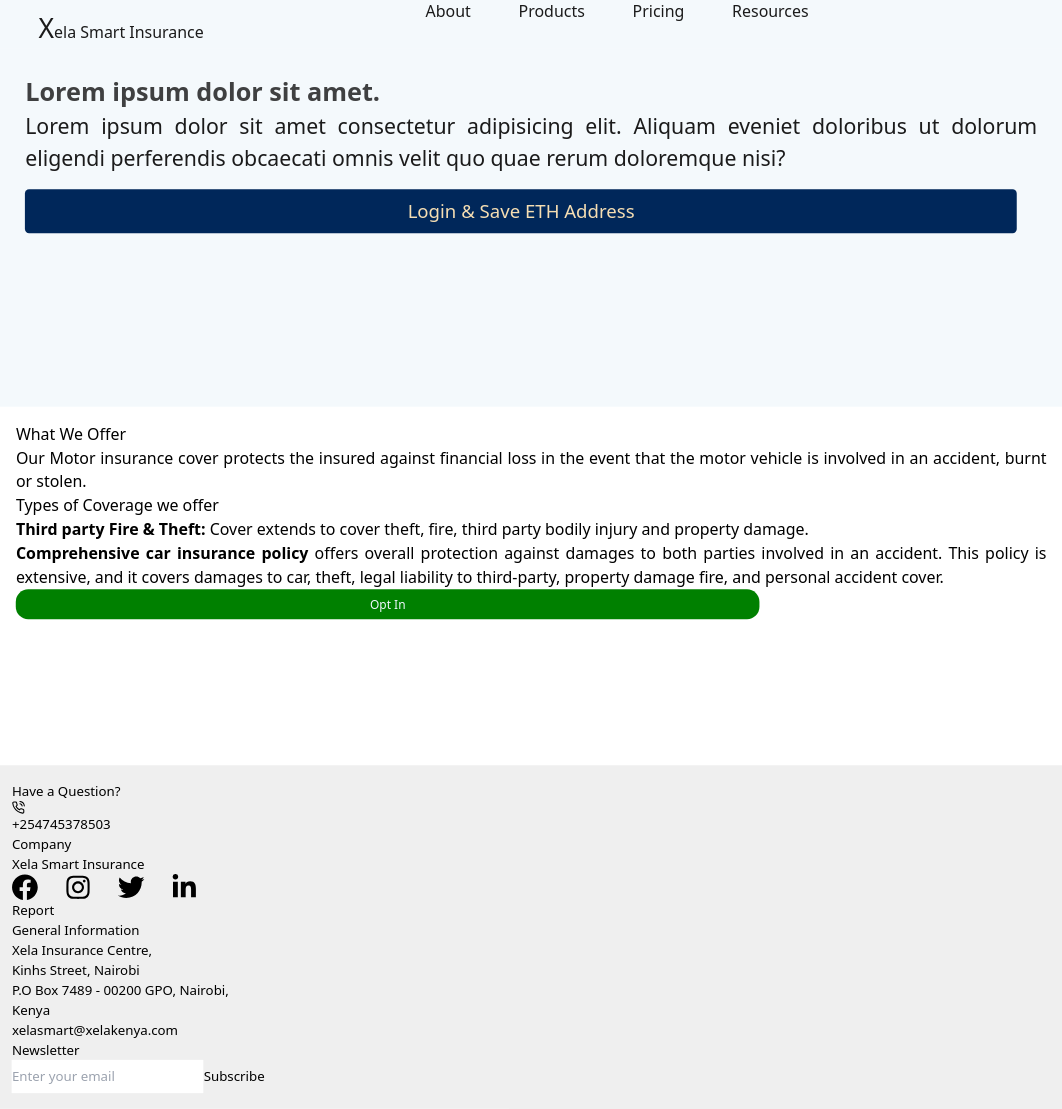
Repository: ALVIN-OBONYO/Xela-smart_insuarance
Page: / (app in frontend/)
An editor plug-in stored every save of this project. The page is shown before and after the next save, followed by the edit.
The browser window is 1280 px wide. The pictures show the whole page, at 83% of full size.
The project was rebuilt for these pictures with package versions that can differ from the ones it lists, and the page was loaded fresh each time. Also part of the build but not shown: frontend/src/Components/Table.js, frontend/src/Pages/Policies.jsx, frontend/src/Components/Calendar.css, frontend/src/Components/Calendar.jsx, frontend/src/Components/Input.js, frontend/src/Components/Upload.css, frontend/src/Components/Upload.js, frontend/src/Pages/ReportForm.jsx and 3 more.

Above is the page before, as saved 2022-10-02 16:28:10.

### frontend/public/index.html
<!DOCTYPE html>
<html lang="en">
  <head>
    <meta charset="utf-8" />
    <link rel="icon" href="%PUBLIC_URL%/favicon.ico" />
    <meta name="viewport" content="width=device-width, initial-scale=1" />
    <meta name="theme-color" content="#000000" />
    <meta
      name="description"
      content="Web site created using create-react-app"
    />
    <link rel="apple-touch-icon" href="%PUBLIC_URL%/logo192.png" />
    <!--
      manifest.json provides metadata used when your web app is installed on a
      user's mobile device or desktop. See https://developers.google.com/web/fundamentals/web-app-manifest/
    -->
    <link rel="manifest" href="%PUBLIC_URL%/manifest.json" />
    <!--
      Notice the use of %PUBLIC_URL% in the tags above.
      It will be replaced with the URL of the `public` folder during the build.
      Only files inside the `public` folder can be referenced from the HTML.

      Unlike "/favicon.ico" or "favicon.ico", "%PUBLIC_URL%/favicon.ico" will
      work correctly both with client-side routing and a non-root public URL.
      Learn how to configure a non-root public URL by running `npm run build`.
    -->
    <title>React App</title>
  </head>
  <body>
    <noscript>You need to enable JavaScript to run this app.</noscript>
    <link
    href="https://unpkg.com/tailwindcss@^1.0/dist/tailwind.min.css"
    rel="stylesheet"
  />
  <script
    src="https://cdnjs.cloudflare.com/ajax/libs/web3/1.6.1/web3.min.js"
    integrity="sha512-5erpERW8MxcHDF7Xea9eBQPiRtxbse70pFcaHJuOhdEBQeAxGQjUwgJbuBDWve+xP/u5IoJbKjyJk50qCnMD7A=="
    crossorigin="anonymous"
    referrerpolicy="no-referrer"
  ></script>
    <div id="root"></div>
    <!--
      This HTML file is a template.
      If you open it directly in the browser, you will see an empty page.

      You can add webfonts, meta tags, or analytics to this file.
      The build step will place the bundled scripts into the <body> tag.

      To begin the development, run `npm start` or `yarn start`.
      To create a production bundle, use `npm run build` or `yarn build`.
    -->
  </body>
</html>

### frontend/src/index.js
import React from 'react';
import ReactDOM from 'react-dom/client';
import './index.css';
import App from './App';
import reportWebVitals from './reportWebVitals';
import { BrowserRouter } from 'react-router-dom';
const root = ReactDOM.createRoot(document.getElementById('root'));
root.render(
  <React.StrictMode>
     <BrowserRouter>
       <App />
    </BrowserRouter>
  </React.StrictMode>
);

// If you want to start measuring performance in your app, pass a function
// to log results (for example: reportWebVitals(console.log))
// or send to an analytics endpoint. Learn more: https://bit.ly/CRA-vitals
reportWebVitals();

### frontend/src/App.jsx
import './App.css';
import RoutePages from './Components/RoutePages';

function App() {
  return (
    <div className="App">
      <RoutePages/>
    </div>
  );
}

export default App;

### frontend/src/Components/RoutePages.jsx
import React from 'react'
import { Routes, Route} from 'react-router-dom'
import EntryPage from '../Pages/Entrypage'
import PolicyMaker from '../Pages/Policies'
import ReportForm from '../Pages/ReportForm'
import Report from '../Pages/Report'
import ReportInfo from '../Pages/ReportInfo'
import FormPagination from './FormPagination'
const RoutePages = () => {
    return (


   <Routes>

    <Route exact path="/" element={<EntryPage />} />
    <Route path="policy" element={<PolicyMaker />} />

    <Route path="report/2" element={<ReportForm/> } />
    <Route path="report/1" element={<ReportInfo />} />
    <Route path="report/*" element={<FormPagination />} />

   </Routes>


    )
}

export default RoutePages

### frontend/src/Pages/Entrypage.jsx
import React, {useState, useRef} from 'react'
import "../Components/Navbar.css"
import { FaTimes, FaBars, FaInstagram, FaTwitter, FaLinkedinIn, FaFacebook, } from 'react-icons/fa'
import {FiPhoneCall} from 'react-icons/fi'
import { Link} from 'react-router-dom'
import { loginWithEth } from '../Services/LoginWithEth'
import { truncateAddress } from '../Services/TruncateAddress'
import Web3 from 'web3'
import { getContractSymbol } from '../Services/Contract'
const Entrypage = () => {
        const [navButton, setNavButton] = useState(false)
        const [policy, setPolicy] = useState("")
        const switchNavState = () => setNavButton(!navButton)
        const buttonLogout = useRef(null)
        const yourAddress = useRef()
        window.userAddress = null

        window.onload = async () => {
            if (window.ethereum) {
                window.web3 = new Web3(window.ethereum)
            } else {
                alert("No ETH browser extension detected.")
            }
        }

        function showAddress() {
          if (!window.userAddress) {
            yourAddress.current.innerText = ""
            buttonLogout.current.classList.add("hidden")
             return false
        }

        yourAddress.innerText = `ETH Address: ${truncateAddress(window.userAddress)}`
        buttonLogout.classList.remove("hidden")
    }

         function logout() {
            window.userAddress = null
            window.localStorage.removeItem(buttonLogout)
            showAddress()
}

    return (
        <>
        <nav>
        <h1 className='brand'><span className='X'>X</span>ela Smart Insurance</h1>
        <div className='toogleNav' onClick={switchNavState} >{navButton ?
        <div id="bars">

            <FaBars size="2.5em"/>
            </div> :
            <div className = "navflex">
            <div id="times">
                <FaTimes />
                </div>
            <h4>About</h4>
            <h4>Products</h4>
            <h4>Pricing</h4>
            <h4>Resources</h4>
            </div>

}
        </div>
        <div className='nav-section'>
            <h4>About</h4>
            <h4>Products</h4>
            <h4>Pricing</h4>
            <h4>Resources</h4>
        </div>
        </nav>
        <section className="top-descr" id='top'>
            <h3 id="top-h3">Lorem ipsum dolor sit amet.</h3>
            <p id="top-pg">Lorem ipsum dolor sit amet consectetur adipisicing elit. Aliquam eveniet doloribus ut dolorum eligendi perferendis obcaecati omnis velit quo quae rerum doloremque nisi?</p>
            <div id="policy-sec">

            <button id="btn-policy" onClick={loginWithEth}>Login & Save ETH Address
                </button>
                <p id="userAddress" class="text-gray-600" ref={yourAddress}></p>
                <button id="logoutButton" onClick={logout} class="hidden text-blue-500 underline" ref={buttonLogout}>Logout</button>
                           </div>
        </section>
        <div className='about-descr' id="descr">
            <h3>What We Offer</h3>
            <p>
            Our Motor insurance cover protects the insured against financial loss in the event that the motor vehicle is involved in an accident, burnt or stolen.</p>
            <h4>Types of Coverage we offer</h4>
            <p>


<b>Third party Fire & Theft:</b> Cover extends to cover theft, fire, third party bodily injury and property damage.
</p>
<p>
<b>Comprehensive car insurance policy</b> offers overall protection against damages to both parties involved in an accident. This policy is extensive, and it covers damages to car, theft, legal liability to third-party, property damage fire, and personal accident cover.
            </p>
            <Link to="/policy"><button id="buy-policy" onClick={getContractSymbol}>Opt In</button></Link>
        </div>
        <div id="footer">
            <div>
            <h2>Have a Question?</h2>
             <h3><FiPhoneCall /> +254745378503</h3>
             <h2>Company</h2>
             <h3>Xela Smart Insurance</h3>
             <div id="social-icons">
               <FaFacebook size="2em"/>
               <FaInstagram size="2em"/>
               <FaTwitter size="2em"/>
               <FaLinkedinIn size="2em"/>
             </div>
             <div>
                <Link to="/report/1">Report</Link>
                <h2>General Information</h2>
                <h4>Xela Insurance Centre,</h4>
                <h4>Kinhs Street, Nairobi</h4>
                <h4>P.O Box 7489 - 00200 GPO, Nairobi,</h4>
                <h4>Kenya</h4>
                <h4>xelasmart@xelakenya.com</h4>
                <h2>Newsletter</h2>
                <input type="text" placeholder="Enter your email" />
                <button>Subscribe</button>
             </div>
            </div>
        </div>
        </>
    )
}

export default Entrypage

### frontend/src/Components/Navbar.css
nav {
    width: 100vw;
    display: flex;
    justify-content: flex-start;
    align-items: flex-start;
}

.brand {
    flex-grow: 1;
    text-align: start;
    padding-left: 2.9rem;
    margin-top: 0.6rem;
    font-size: 1.2rem;
}

.X {
    font-size: 2rem;

}
.nav-section {
    display: flex;
    flex-grow: 1;
    gap: 3em;
    font-size: 1.2rem;
    padding-right: 2em;
    justify-content: flex-start;
    align-items: center;
}
.top-descr, .about-descr  {
    margin-top: 0;
    padding: 1em;
    text-align: justify;
    font-size: 1.9rem;
    height: 60vh;

}

#descr {
    font-size: 1.2rem;
}

#top-h3 {
    font-weight: 700;
    color: rgba(27, 27, 27, 0.836);
}
#top, nav {
    background-color: rgb(244, 249, 252);
    color: rgb(27, 27, 27);
}
#top-pg {

    font-size: 1.6rem;
}
#policy-sec {
    display: flex;
    gap: 0.8em;

}
input[type=text] {
    flex-grow: 1;
    height: 2.5em;
}
#btn-policy {
    background-color: rgb(0, 39, 90);
    flex-grow: 1;
    color: wheat;
    border: none;
    margin-top: 0.8em;
    border-radius: 5px;
    padding: 0.6rem;
    font-size: 1.4rem;
    font-weight: 500;

}
#buy-policy {
    width: 70vw;
    height: 2.5em;
    border: none;
    background-color: #008000;
    color:aliceblue;
    font-size: 0.9rem;
    border-radius: 15px;
}
#social-icons {
    display: flex;
    gap: 2em;
}
#footer {
    background-color: rgba(128, 128, 128, 0.13);
    text-align: start;
    padding: 1.2em  0.9em;
}

.navflex {
    display: flex;
    flex-direction: column;
    justify-content: center;
    align-items: center;
    gap: 2em;
    background-color: rgba(19, 20, 27, 0.918);
    color: white;
    width: 100vw;
    height: 100vh;
    right: 0;
    top: 0;
    position: absolute;
    text-transform: uppercase;
    /* animation-name: ${navanim}; */
}
@media screen and (max-width: 600px){
   .nav-section {

      display: none;
   }


}

@media screen and (min-width: 600px){
    .toogleNav {
        display: none;
        padding: 1.3em;
    }
}

### frontend/src/Services/LoginWithEth.js
import { showAddress } from "./showAddress";
export async function loginWithEth() {
    if (window.web3) {
        try {
            const selectedAccount = await window.ethereum.request({
                method: "eth_requestAccounts"
            })
            .then((accounts) => accounts[0])
            .catch(() => {
                throw Error("No account selected!")
            })

          window.userAddress = selectedAccount;
          window.localStorage.setItem("userAddress", selectedAccount);
          showAddress()
        }
        catch (error) {
            console.error(error)
        }
    } else {
        alert("No ETH browser extension detected.");
    }
}

### frontend/src/Services/TruncateAddress.js
export function truncateAddress(address) {
    if (!address) {
        return "";
    }
    return `${address.substr(0, 5)}...${address.substr(
        address.length - 5,
        address.length
      )}`;
}

### frontend/src/Services/Contract.js
window.ABI = require('./contract-abi.json')
export async function getContractSymbol() {
    const CONTRACT_ADDRESS = "0x1A5b30a61CED9B4D9c209E7F1d2fbD38657f8EB1"

    const contract = new window.web3.eth.Contact(
        window.ABI,
        CONTRACT_ADDRESS
    )

    const symbol = await contract.methods.symbol().call({
        from: window.userAddress    })

    alert(`Contract ${CONTRACT_ADDRESS} Symbol: ${symbol}`);
}

Loaded but not shown: frontend/src/index.css (common file); frontend/src/reportWebVitals.js (common file); frontend/src/App.css (common file); frontend/src/Services/contract-abi.json (501 lines, source omitted); frontend/src/Services/showAddress.js (no stored copy; drawn as an empty file)

After the next save:
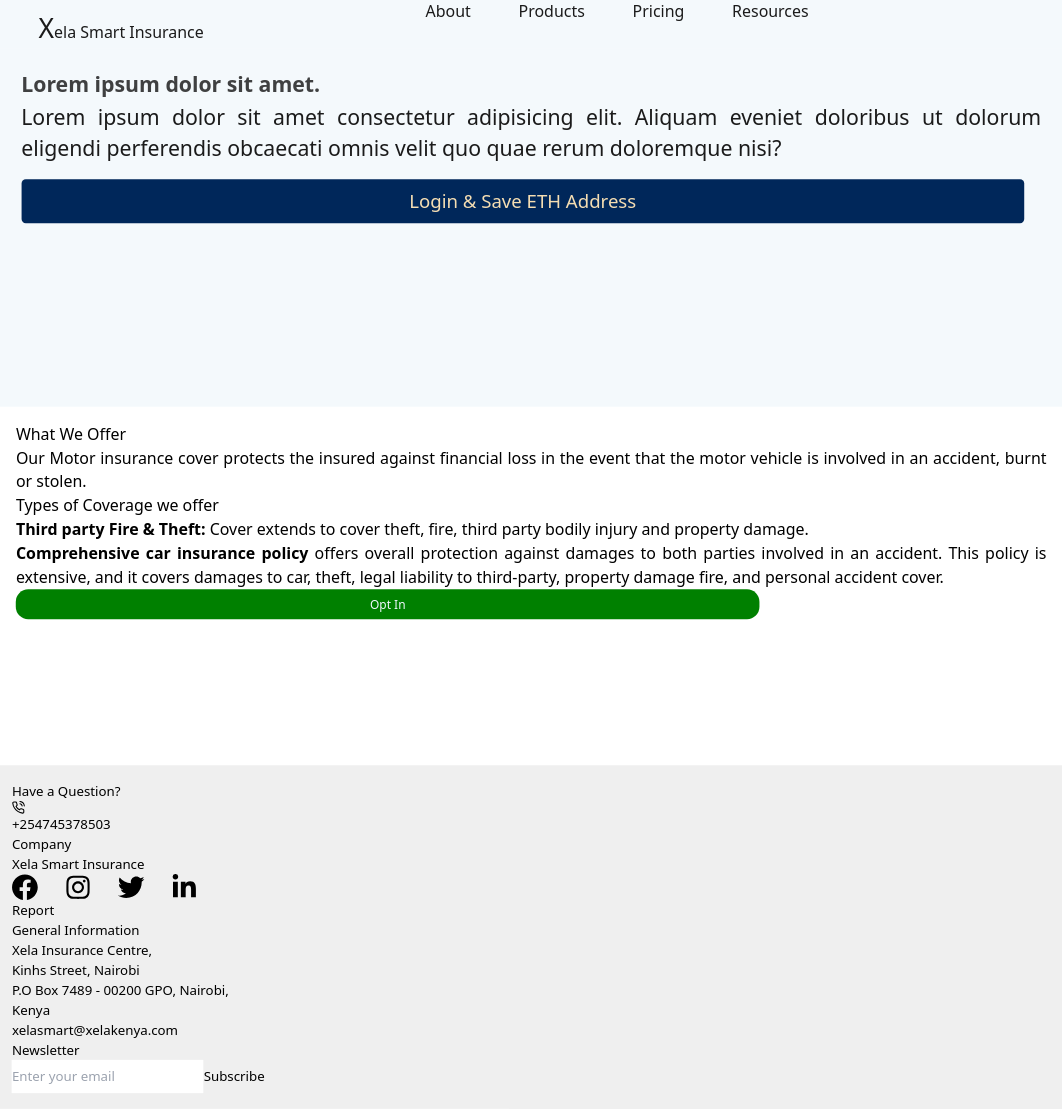
Saved 43 s later.
--- a/frontend/src/Components/Navbar.css
+++ b/frontend/src/Components/Navbar.css
@@ -30,7 +30,7 @@ nav {
     margin-top: 0;
     padding: 1em;
     text-align: justify;
-    font-size: 1.9rem;
+    font-size: 1.6rem;
     height: 60vh;
 
 }
